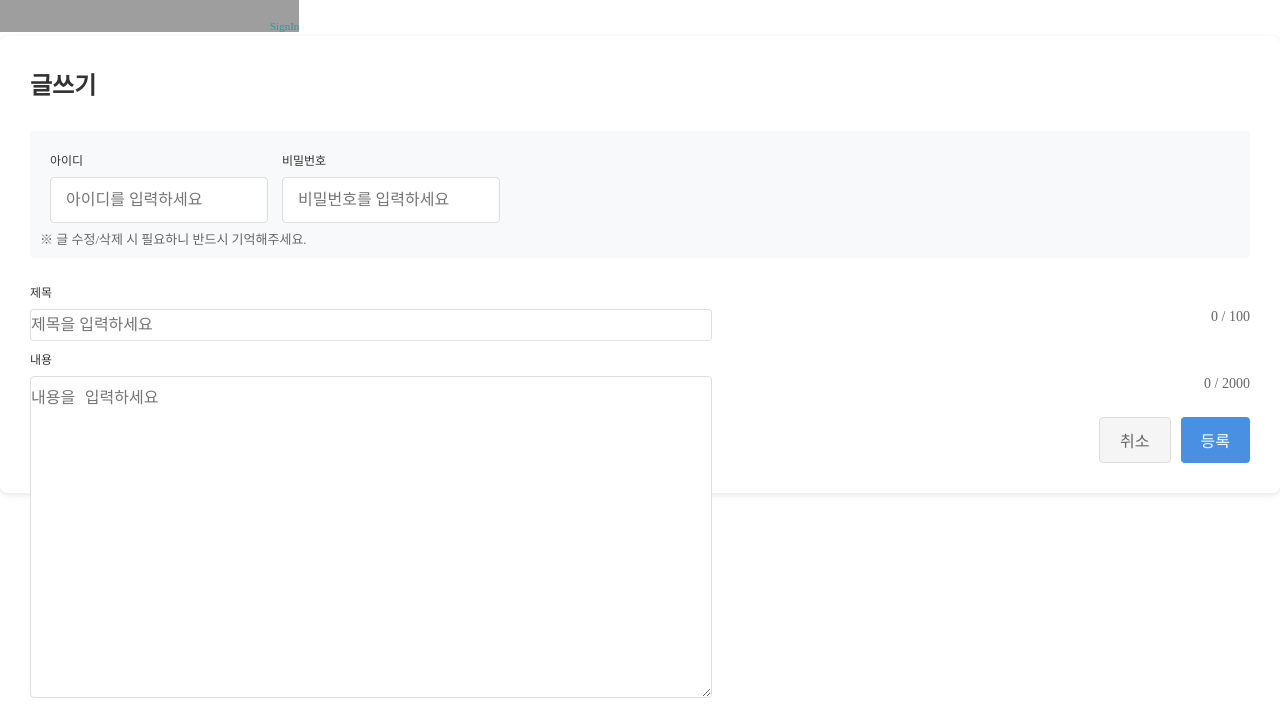
Repository: toris-dev/notice-board
Page: http://localhost/notice-board/WEB-INF/jsp/egovframework/example/board/write.jsp
The author's editor kept a copy of each file at every save. The page is drawn from the files as they stood at one save, then again after the next save.
The browser window is 1280 px wide. The pictures show the whole page.
Pictures or frames that could not be fetched are drawn as grey boxes. The page is served by Tomcat 9. Nobody is signed in. Other server files are loaded and not shown. The template is opened directly, without the code that normally fills it, so the values that code supplies are empty.

Above is the page before, as saved 2024-12-24 04:37:44.

### notice-board/src/main/webapp/WEB-INF/jsp/egovframework/example/board/write.jsp
<%@ page language="java" contentType="text/html; charset=UTF-8"
	pageEncoding="UTF-8"%>
<%@ taglib uri="http://java.sun.com/jsp/jstl/core" prefix="c"%>
<%@ taglib prefix="form" uri="http://www.springframework.org/tags/form"%>
<!DOCTYPE html>
<html>
<head>
<meta charset="UTF-8">
<title>글쓰기</title>
<link type="text/css" rel="stylesheet"
	href="<c:url value='/css/egovframework/post/write.css'/>" />
<link type="text/css" rel="stylesheet"
	href="<c:url value='/css/egovframework/index.css'/>" />
<script src="https://code.jquery.com/jquery-3.6.0.min.js"></script>
</head>
<body>
	<div class="container">
		<%@ include file="/WEB-INF/jsp/egovframework/example/cmmn/Header.jsp"%>
		<form:form class="write-form" action="/write.do" method="POST">
			<div class="form-header">
				<h2>글쓰기</h2>
			</div>

			<c:if test="${not empty message}">
				<div class="error-message">${message}</div>
			</c:if>

			<!-- 작성자 정보 섹션 -->
			<div class="author-section">
				<div class="form-group">
					<label for="userId">아이디</label> <input type="text"
						name="userVO.userId" id="userId" class="form-user-input"
						placeholder="아이디를 입력하세요" required maxlength="20" />
				</div>
				<div class="form-group">
					<label for="password">비밀번호</label> <input type="password"
						name="userVO.password" id="password" class="form-user-input"
						placeholder="비밀번호를 입력하세요" required maxlength="20" />
				</div>
				<span class="help-text">※ 글 수정/삭제 시 필요하니 반드시 기억해주세요.</span>
			</div>

			<!-- 게시글 내용 섹션 -->
			<div class="form-group">
				<label for="title">제목</label> <input type="text" name="postVO.title"
					id="title" class="form-input" placeholder="제목을 입력하세요" required
					maxlength="100" /> <span class="char-count" id="titleCount">0
					/ 100</span>
			</div>

			<div class="form-group">
				<label for="content">내용</label>
				<textarea name="postVO.content" id="content" class="form-textarea"
					placeholder="내용을 입력하세요" required maxlength="2000"></textarea>
				<span class="char-count" id="contentCount">0 / 2000</span>
			</div>

			<div class="form-footer">
				<button type="button" class="btn btn-cancel"
					onclick="confirmCancel()">취소</button>
				<button type="submit" class="btn btn-submit">등록</button>
			</div>
		</form:form>
	</div>

	<script>
		$(document).ready(function() {
			// 제목 글자수 카운트
			$('#title').on('input', function() {
				var length = $(this).val().length;
				$('#titleCount').text(length + ' / 100');
			});

			// 내용 글자수 카운트
			$('#content').on('input', function() {
				var length = $(this).val().length;
				$('#contentCount').text(length + ' / 2000');
			});

			// 페이지 이탈 시 경고
			var formChanged = false;
			$('.form-input, .form-textarea').on('input', function() {
				formChanged = true;
			});

			$(window).on('beforeunload', function(e) {
				if (formChanged) {
					return '작성 중인 내용이 있습니다. 페이지를 나가시겠습니까?';
				}
			});
		});

		// 폼 유효성 검사
		function validateForm() {
			var authorId = $('#authorId').val().trim();
			var password = $('#password').val().trim();
			var title = $('#title').val().trim();
			var content = $('#content').val().trim();
			var isValid = true;

			// ID 검사
			if (authorId.length < 3) {
				alert('아이디는 3자 이상 입력해주세요.');
				$('#authorId').focus();
				return false;
			}

			// 비밀번호 검사
			if (password.length < 4) {
				alert('비밀번호는 4자 이상 입력해주세요.');
				$('#password').focus();
				return false;
			}

			if (title.length < 1) {
				alert('제목을 입력해주세요.');
				$('#title').focus();
				isValid = false;
			} else if (title.length > 100) {
				alert('제목은 100자를 초과할 수 없습니다.');
				$('#title').focus();
				isValid = false;
			}

			if (content.length < 1) {
				alert('내용을 입력해주세요.');
				$('#content').focus();
				isValid = false;
			} else if (content.length > 2000) {
				alert('내용은 2000자를 초과할 수 없습니다.');
				$('#content').focus();
				isValid = false;
			}

			if (isValid) {
				formChanged = false;
			}

			return isValid;
		}

		// 취소 버튼 클릭 시 확인
		function confirmCancel() {
			if (formChanged) {
				if (confirm('작성 중인 내용이 있습니다. 페이지를 나가시겠습니까?')) {
					history.back();
				}
			} else {
				history.back();
			}
		}
	</script>
</body>
</html>

### notice-board/src/main/webapp/WEB-INF/jsp/egovframework/example/cmmn/Header.jsp
<%@ taglib prefix="sec"
	uri="http://www.springframework.org/security/tags"%>
<!DOCTYPE html PUBLIC "-//W3C//DTD HTML 4.01 Transitional//EN" "http://www.w3.org/TR/html4/loose.dtd">
<html>
<head>
<meta http-equiv="Content-Type" content="text/html; charset=UTF-8">
<title>Insert title here</title>
</head>
<body>
	<div class="header-wrap">
		<h2>notice-board</h2>
		<div class="auth-actions">
			<!-- 로그아웃 버튼 (로그인 상태일 때만 표시) -->
			<sec:authorize access="isAuthenticated()">
				<form action="<c:url value='/signout.do'/>" method="post">
					<button class="auth-btn logout">SignUp</button>
				</form>
			</sec:authorize>

			<!-- 로그인 버튼 (로그인되지 않은 상태일 때만 표시) -->
			<sec:authorize access="!isAuthenticated()">
				<a href="<c:url value='/signin.do'/>" class="auth-btn login">SignIn</a>
			</sec:authorize>
		</div>
	</div>
</body>
</html>

### notice-board/src/main/webapp/css/egovframework/post/write.css
@charset "UTF-8";

/* 폼 스타일 */
.write-form {
	background-color: white;
	border-radius: 8px;
	padding: 30px;
	box-shadow: 0 2px 6px rgba(0, 0, 0, 0.1);
}

.form-header {
	margin-bottom: 30px;
}

.form-header h2 {
	color: #333;
	font-size: 24px;
	margin: 0;
}

/* 입력 필드 그룹 */
.form-group {
	margin-bottom: 20px;
}

/* 제목 입력 필드 */
.form-input {
	width: 50%; padding : 12px 15px;
	border: 1px solid #ddd;
	border-radius: 4px;
	font-size: 16px;
	transition: border-color 0.3s;
	padding: 12px 15px;
}

.form-input:focus {
	border-color: #4a90e2;
	outline: none;
}

.form-user-input {
	width: 80%;
	padding: 12px 15px;
	border: 1px solid #ddd;
	border-radius: 4px;
	font-size: 16px;
	transition: border-color 0.3s;
}

/* 내용 입력 영역 */
.form-textarea {
	width: 100%;
	min-height: 300px;
	padding: 15px;
	border: 1px solid #ddd;
	border-radius: 4px;
	font-size: 16px;
	line-height: 1.6;
	resize: vertical;
	transition: border-color 0.3s;
}

.form-textarea:focus {
	border-color: #4a90e2;
	outline: none;
}

/* 버튼 푸터 */
.form-footer {
	display: flex;
	justify-content: flex-end;
	gap: 10px;
	margin-top: 20px;
}

/* 버튼 스타일 */
.btn {
	padding: 10px 20px;
	border-radius: 4px;
	font-size: 16px;
	cursor: pointer;
	transition: background-color 0.3s;
}

.btn-cancel {
	background-color: #f5f5f5;
	border: 1px solid #ddd;
	color: #666;
}

.btn-cancel:hover {
	background-color: #eee;
}

.btn-submit {
	background-color: #4a90e2;
	border: none;
	color: white;
}

.btn-submit:hover {
	background-color: #357abd;
}

/* 반응형 디자인 */
@media ( max-width : 768px) {
	.container {
		margin: 20px auto;
		padding: 0 15px;
	}
	.write-form {
		padding: 20px;
	}
	.form-textarea {
		min-height: 200px;
	}
}

.error-message {
	background-color: #fff3f3;
	color: #dc3545;
	padding: 10px;
	border-radius: 4px;
	margin-bottom: 20px;
	border: 1px solid #ffccd1;
}

.char-count {
	display: block;
	text-align: right;
	font-size: 14px;
	color: #666;
	margin-top: 5px;
}

.form-group {
	position: relative;
	margin-bottom: 25px;
}

.error-text {
	color: #dc3545;
	font-size: 14px;
	margin-top: 5px;
	display: block;
}

/* 작성자 정보 섹션 스타일 */
.author-section {
	background-color: #f8f9fa;
	padding: 20px;
	border-radius: 4px;
	margin-bottom: 25px;
	display: flex;
	justify-content: flex-start;
	align-items: center;
	position: relative;
}

/* 라벨 스타일 */
label {
	display: block;
	margin-bottom: 8px;
	font-weight: 500;
	color: #333;
}

/* 도움말 텍스트 스타일 */
.help-text {
	display: block;
	position: absolute;
	bottom: 10px;
	left: 10px;
	font-size: 13px;
	color: #666;
}

/* 입력 필드 간격 조정 */
.author-section .form-group {
	margin-bottom: 15px;
}

.author-section .form-group:last-child {
	margin-bottom: 0;
}

/* 비밀번호 입력 필드 스타일 */
input[type="password"].form-input {
	font-family: sans-serif;
	letter-spacing: 0.1em;
}

### notice-board/src/main/webapp/css/egovframework/index.css
/********************************************************************************/
/*								                                                */
/*  Design RIAN     			                                                */
/*  Date : 2007-03-21		                                                  	*/
/*      				         			                                    */
/*									                                            */
/********************************************************************************/
* {margin:0;padding:0;}
* html {height:1px;}
body {margin:0; padding:0; font-family:"굴림"; font-size:12px; color:#666; scroll:auto;}
table, tr, td, th {font-family:"돋움"; font-size:11px; color:#333333;}
.listtd {padding:10px 5px 8px 5px; border-bottom:1px solid #e5e5e5;}
th {background-color:#F3F5E0; background:url(../../images/egovframework/example/th_bg.gif) 0 0 repeat; height:26px; text-align:center; vertical-align:middle; color:#003366;}
img {border:0; vertical-align:middle;}
p { height:20px; margin:0; padding:5 0 0 0;}
.check ul {margin:0; padding:0; float:left;}
.check li {list-style-type:none; float:left; margin:0 0 0 0; padding:0 0 0 3px;}
.top {vertical-align:top;}

a:link { font-size:11px; font-family:"돋움"; color:#3A5870; text-decoration:none; line-height:100%;}
a:visited { font-size:11px; font-family:"돋움"; color:#3A5870; text-decoration:none}
a:active { font-size:11px; font-family:"돋움"; color:#339999; text-decoration:none;}
a:hover { font-size:11px; font-family:"돋움"; color:#339999; text-decoration:none;}

.login {position:relative; margin:0; padding:0 0 0 0px; text-align:left; vertical-align:top; padding:52px 0px 0px 270px; /*overflow:hidden;*/ width:330px; height:260px;background:url(../../images/egovframework/example/login_bg.jpg) 0 0 no-repeat; }
.login_en {position:relative; margin:0; padding:0 0 0 0px; text-align:left; vertical-align:top; padding:52px 0px 0px 270px; /*overflow:hidden;*/ width:330px; height:260px;background:url(../../images/egovframework/example/login_bg_en.jpg) 0 0 no-repeat; }
.error {position:relative; margin:0; padding:0 0 0 0px; text-align:left; vertical-align:top; padding:120px 0px 0px 80px; /*overflow:hidden;*/ width:520px; height:260px;background:url(../../images/egovframework/example/error_bg.jpg) 0 0 no-repeat; }
.error_en {position:relative; margin:0; padding:0 0 0 0px; text-align:left; vertical-align:top; padding:120px 0px 0px 80px; /*overflow:hidden;*/ width:520px; height:260px;background:url(../../images/egovframework/example/error_bg_en.jpg) 0 0 no-repeat; }
#logo {margin:0; padding:0; text-align:left; /*overflow:hidden;*/ width:910px;}
#header {height:74px; background:url(../../images/egovframework/example/civilappeal_topmn_bg.jpg) repeat-x;}
#top {width:910px;}
.menu { text-align:center; height:38px; margin:0; padding:13px 0 0 0;}
.menu ul {display:inline; width:910px;}
.menu li {display:inline; list-style-type:none; margin:0; padding:14px 28px 0 28px; background:url(../../images/egovframework/example/civilappeal_topmn_bar.jpg) 0 15px no-repeat;}
.menu li.last {width:1px; padding:15px 0 0 0; background:url(../../images/egovframework/example/civilappeal_topmn_bar.jpg) 0 0 no-repeat;}
.menu a.top:link {font-family:"굴림"; font-weight:bold; color:#FFFFFF; text-decoration:none; font-size:12px;}
.menu a.top:visited {font-family:"굴림"; font-weight:bold; color:#FFFFFF; text-decoration:none; font-size:12px;}
.menu a.top:hover {font-family:"굴림"; font-weight:bold; color: #00CCFF; text-decoration:none; font-size:12px;}
.menu a.top:active {font-family:"굴림"; font-weight:bold; color:#FFFFFF; text-decoration:none; font-size:12px;}

.menu .on a.top:link {font-family:"굴림"; font-weight:bold; color:#00CCFF; text-decoration:none; font-size:12px;}
.menu .on a.top:visited {font-family:"굴림"; font-weight:bold; color:#00CCFF; text-decoration:none; font-size:12px;}
.menu .on a.top:hover {font-family:"굴림"; font-weight:bold; color: #00CCFF; text-decoration:none; font-size:12px;}
.menu .on a.top:active {font-family:"굴림"; font-weight:bold; color:#00CCFF; text-decoration:none; font-size:12px;}

.right_area {float:right; height:38px; margin:0; padding:0 8px 0 0; background:url(../../images/egovframework/example/civilappeal_topmn_bg11.jpg) right no-repeat;}
#sub {float:left; padding:10px 10px 10px 10px; /*overflow:hidden;*/width:180px; margin-right:30px;}
#sub .login {width:180px; height:70px; text-align:left; vertical-align:top; padding:5px 0 0 0; background:url(../../images/egovframework/example/civilappeal_login_bg.jpg) right no-repeat; margin-bottom:10px;}
#sub .login_en {width:180px; height:70px; text-align:left; vertical-align:top; padding:5px 0 0 0; background:url(../../images/egovframework/example/civilappeal_login_bg_en.jpg) right no-repeat; margin-bottom:10px;}
#sub .sub_menu {width:150px; height:300px; text-align:left; vertical-align:top; background:url(../../images/egovframework/example/civilappeal_leftmenu_bg.jpg) 0 0 no-repeat; padding-top:40px; padding-left:15px; padding-right:15px; padding-bottom:0px;}
#sub .sub_menu dl {width:150px;}
#sub .sub_menu dd {font-weight:bold; padding-left:0px; padding-right:0px; padding-bottom:0px; padding-top:10px; margin:0;}
#sub .sub_menu dt {list-style:none;  padding-left:0px; padding-right:0px; padding-bottom:0px; padding-top:8px; margin:0px;}
#sub .sub_menu_en {width:150px; height:300px; text-align:left; vertical-align:top; background:url(../../images/egovframework/example/civilappeal_leftmenu_bg_en.jpg) 0 0 no-repeat; padding-top:40px; padding-left:15px; padding-right:15px; padding-bottom:0px;}
#sub .sub_menu_en dl {width:150px;}
#sub .sub_menu_en dd {font-weight:bold; padding-left:0px; padding-right:0px; padding-bottom:0px; padding-top:10px; margin:0;}
#sub .sub_menu_en dt {list-style:none;  padding-left:0px; padding-right:0px; padding-bottom:0px; padding-top:8px; margin:0px;}
#content {float:left; text-align:left; /*overflow:hidden;*/width:680px; background-color:#FFFFFF; padding:10px 0px 10px 0px;}
#content_pop {float:left; text-align:left; /*overflow:hidden;*/width:100%; background-color:#FFFFFF; padding:10px 10px 10px 10px;}
#title {float:left; text-align:left; margin:0 0 10 0; padding:0; height:30px; border-bottom:1px solid #e5e5e5; width:680px;}
#title ul {float:left; margin:0; padding:0;}
#title li {list-style-type:none; width:200px; padding:3px 0px 2px 0px; float:left; font-family:"돋움"; font-size:16px; font-weight:bold; color:#000000;}
#title .location {float:right; height:20px; margin:0; padding:5 0 0 0; font-family:"돋움"; font-size:11px;}
#foot {margin:0; padding:0 0 0 0; text-align:left; /*overflow:hidden;*/ height:40px; clear:both; background-color:#F7F7F7; border-top:1px solid #e5e5e5; font-family:Tahoma; font-size:11px; color:#999999;}
#search {float:right; margin:0; padding:10px 0 10px 0; width:680px;}
#search ul {margin:0; float:right;}
#search li {list-style-type:none; float:left; margin:0 0 0 0; padding:0 0 0 3px;}
#table {float:left; margin:0 0 10px 0; padding:0 0 0 0; width:100%;}
#paging {padding:0 0 0 0; text-align:center; width:680px;}
#paging ul {display:inline;}
#paging li {display:inline; list-style-type:none; padding:0 10px 0 10px; font-family: Tahoma; font-size:11px; color: #333333;}
#paging li.pre10 {padding:0 2px 0 2px;}
#paging li.pre1 {padding:0 2px 0 2px;}
#paging li.next10 {padding:0 2px 0 2px;}
#paging li.next1 {padding:0 2px 0 2px;}
#paging li.line {background:url(../../images/egovframework/example/paging_line.gif) 0 2px no-repeat;}
#paging li.first {padding:0 5px 0 0;}
#paging li.last {background:url(../../images/egovframework/example/paging_line.gif) 0 2px no-repeat; padding:0 5px 0 0;}
#sysbtn {float:right; text-align:right; padding:0; margin:0; display:inline;}
#sysbtn ul {margin:0; padding:0; float:left; display:inline;}
#sysbtn li {list-style-type:none; margin:0 auto; padding:0 0 0 3px; float:left; display:inline;}

#sysbtn1 {text-align:left; padding-top:10px; padding-bottom:0px; margin-bottom:0px; width:680px;}
#sysbtn1 ul {margin:0; padding:0; float:left; display:inline;}
#sysbtn1 li {list-style-type:none; margin:0 0 0 0; padding:0 0 0 3px; float:left; display:inline;}
#idwrap {float:left; padding-top:0px; padding-bottom:0px; margin-bottom:0px; margin-left:0px; margin-right:0px; margin-top:0px; padding-left:0px; padding-right:0px; }
#idwrap ul {float:left; padding:0; margin:0;}
#idwrap li {list-style-type:none; float:left; margin:0; padding-right:3px;}
button {cursor:hand; border:0px solid #FFFFFF; padding:0px 0px 0px 0px; background-color:#FFFFFF; white-space:nowrap;}
.btn_blue_l {float:left; background:url(../../images/egovframework/example/btn_bg_l.gif) 0 0 no-repeat; height:20px; padding:0px 0px 0px 10px; margin:0px 0px 0px 0px;}
.btn_blue_r {float:left; background:url(../../images/egovframework/example/btn_bg_r.gif) 0 0 no-repeat; background-position:right; height:20px; font-family:"돋움"; font-size:11px; color:#000000; margin:0px 0px 0px 0px; padding-top:0px; _padding-top:0px; padding-left:10px; padding-right:10px; padding-bottom:0px; text-align:center;}
input { height:20px; font-family:"돋움"; font-size:12px; color:#000000; padding:2px 2px 0px 2px; margin-top:0px; _margin-top:-1px;}
select {font-family:'돋움'; font-size:12px; margin-top:0px; height:20px; padding-top:0px;}
.tbtd_caption {font-weight:bold; color:#003366; background-color:#E5EDF3; text-align:right; padding:10px 10px 9px 5px; margin:0;}
.tbtd_content {background-color:#F5F8FA; padding:7px 10px 5px 10px; margin:0;}
.tbtd_caption_re {font-weight:bold; color:#666633; background-color:#F6F5E5; text-align:right; padding:10px 10px 9px 5px; margin:0;}
.tbtd_content_re {background-color:#F9F9F2; padding:7px 10px 5px 10px; margin:0;}
input.txt               {height:18px; background-color:#FFF; border:1px solid #BCC8D8; padding-top:2px; color:#5e5e5e; cursor:text;}
input.essentiality  {height:18px; background-color:#ebebeb; border:1px solid #BCC8D8; padding-top:2px; color:#000; cursor:text;}

After the next save:
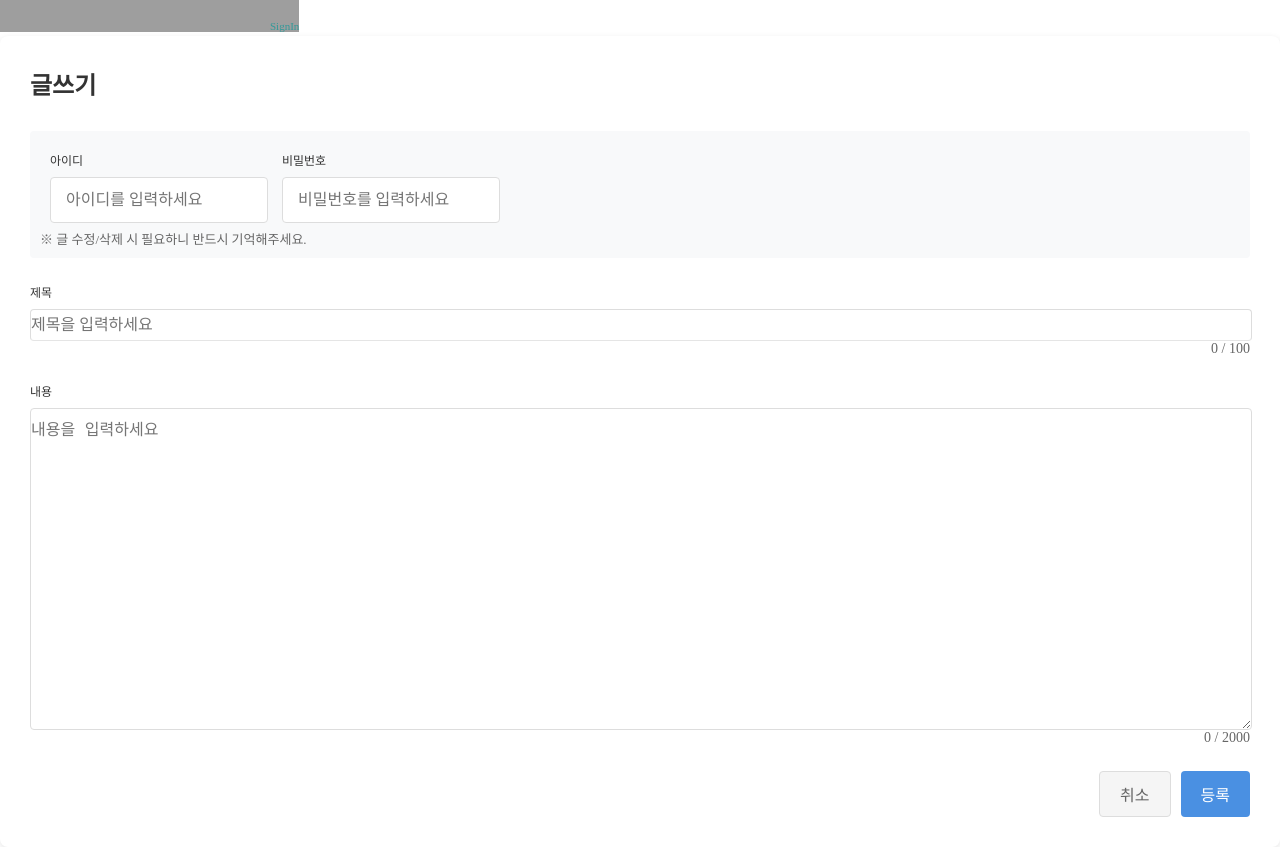
Saved 27 s later.
--- a/notice-board/src/main/webapp/css/egovframework/index.css
+++ b/notice-board/src/main/webapp/css/egovframework/index.css
@@ -55,18 +55,18 @@ a:hover { font-size:11px; font-family:"돋움"; color:#339999; text-decoration:n
 #sub .sub_menu_en dl {width:150px;}
 #sub .sub_menu_en dd {font-weight:bold; padding-left:0px; padding-right:0px; padding-bottom:0px; padding-top:10px; margin:0;}
 #sub .sub_menu_en dt {list-style:none;  padding-left:0px; padding-right:0px; padding-bottom:0px; padding-top:8px; margin:0px;}
-#content {float:left; text-align:left; /*overflow:hidden;*/width:680px; background-color:#FFFFFF; padding:10px 0px 10px 0px;}
+#content {float:left; text-align:left; /*overflow:hidden;*/width:100%; background-color:#FFFFFF; padding:10px 0px 10px 0px;}
 #content_pop {float:left; text-align:left; /*overflow:hidden;*/width:100%; background-color:#FFFFFF; padding:10px 10px 10px 10px;}
-#title {float:left; text-align:left; margin:0 0 10 0; padding:0; height:30px; border-bottom:1px solid #e5e5e5; width:680px;}
+#title {float:left; text-align:left; margin:0 0 10 0; padding:0; height:30px; border-bottom:1px solid #e5e5e5; width:100%;}
 #title ul {float:left; margin:0; padding:0;}
 #title li {list-style-type:none; width:200px; padding:3px 0px 2px 0px; float:left; font-family:"돋움"; font-size:16px; font-weight:bold; color:#000000;}
 #title .location {float:right; height:20px; margin:0; padding:5 0 0 0; font-family:"돋움"; font-size:11px;}
 #foot {margin:0; padding:0 0 0 0; text-align:left; /*overflow:hidden;*/ height:40px; clear:both; background-color:#F7F7F7; border-top:1px solid #e5e5e5; font-family:Tahoma; font-size:11px; color:#999999;}
-#search {float:right; margin:0; padding:10px 0 10px 0; width:680px;}
+#search {float:right; margin:0; padding:10px 0 10px 0; width:100%;}
 #search ul {margin:0; float:right;}
 #search li {list-style-type:none; float:left; margin:0 0 0 0; padding:0 0 0 3px;}
 #table {float:left; margin:0 0 10px 0; padding:0 0 0 0; width:100%;}
-#paging {padding:0 0 0 0; text-align:center; width:680px;}
+#paging {padding:0 0 0 0; text-align:center; width:100%;}
 #paging ul {display:inline;}
 #paging li {display:inline; list-style-type:none; padding:0 10px 0 10px; font-family: Tahoma; font-size:11px; color: #333333;}
 #paging li.pre10 {padding:0 2px 0 2px;}
@@ -80,7 +80,7 @@ a:hover { font-size:11px; font-family:"돋움"; color:#339999; text-decoration:n
 #sysbtn ul {margin:0; padding:0; float:left; display:inline;}
 #sysbtn li {list-style-type:none; margin:0 auto; padding:0 0 0 3px; float:left; display:inline;}
 
-#sysbtn1 {text-align:left; padding-top:10px; padding-bottom:0px; margin-bottom:0px; width:680px;}
+#sysbtn1 {text-align:left; padding-top:10px; padding-bottom:0px; margin-bottom:0px; width:100%;}
 #sysbtn1 ul {margin:0; padding:0; float:left; display:inline;}
 #sysbtn1 li {list-style-type:none; margin:0 0 0 0; padding:0 0 0 3px; float:left; display:inline;}
 #idwrap {float:left; padding-top:0px; padding-bottom:0px; margin-bottom:0px; margin-left:0px; margin-right:0px; margin-top:0px; padding-left:0px; padding-right:0px; }
